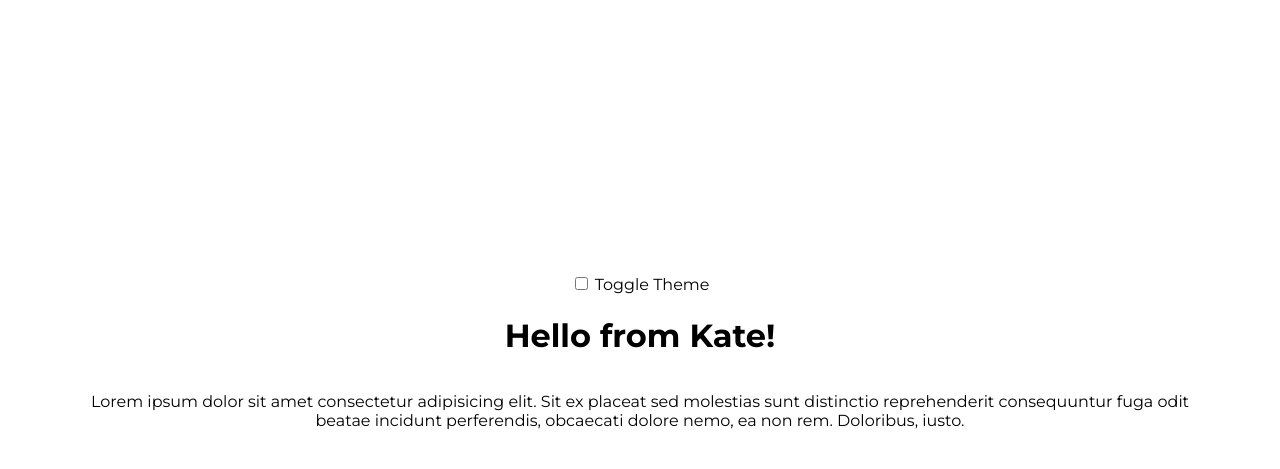
Repository: kate30980/js-practice
Page: dark-mode-toggles/index.html
The author's editor kept a copy of each file at every save. The page is drawn from the files as they stood at one save, then again after the next save.
The browser window is 1280 px wide. The pictures show the whole page.

Above is the page before, as saved 2021-08-29 00:16:46.

### dark-mode-toggles/index.html
<!DOCTYPE html>
<html lang="en">

<head>
    <meta charset="UTF-8">
    <meta http-equiv="X-UA-Compatible" content="IE=edge">
    <meta name="viewport" content="width=device-width, initial-scale=1.0">
    <title>Dark Mode Toggle</title>
    <link rel="stylesheet" href="style.css">
    <script src="script.js" defer></script>
</head>

<body>
    <div class="toggle-container">
        <input type="checkbox" name="toggle" id="toggle">
        <label for="toggle">Toggle Theme</label>
    </div>
    <h1>Hello from Kate!</h1>
    <p>Lorem ipsum dolor sit amet consectetur adipisicing elit. Sit ex placeat sed molestias sunt distinctio
        reprehenderit consequuntur fuga odit beatae incidunt perferendis, obcaecati dolore nemo, ea non rem. Doloribus,
        iusto.</p>
</body>

</html>

### dark-mode-toggles/style.css
@import url('https://fonts.googleapis.com/css2?family=Montserrat:wght@300;400;600;700&display=swap');
*{
    box-sizing: border-box;
}
body{
    display: flex;
    align-items: center;
    justify-content: center;
    font-family: 'Montserrat', sans-serif;
    flex-direction: column;
    text-align:center;
    padding: 5rem;
    margin: 0;
    min-height:100vh;
}
body.dark{
    background-color: #1f1f1f;
    color: #fff;
}
label{
    user-select: none;
}

### dark-mode-toggles/script.js
const toggle = document.getElementById("toggle");

toggle.addEventListener("change", (e) => {
  document.body.classList.toggle("dark", e.target.checked);
});

After the next save:
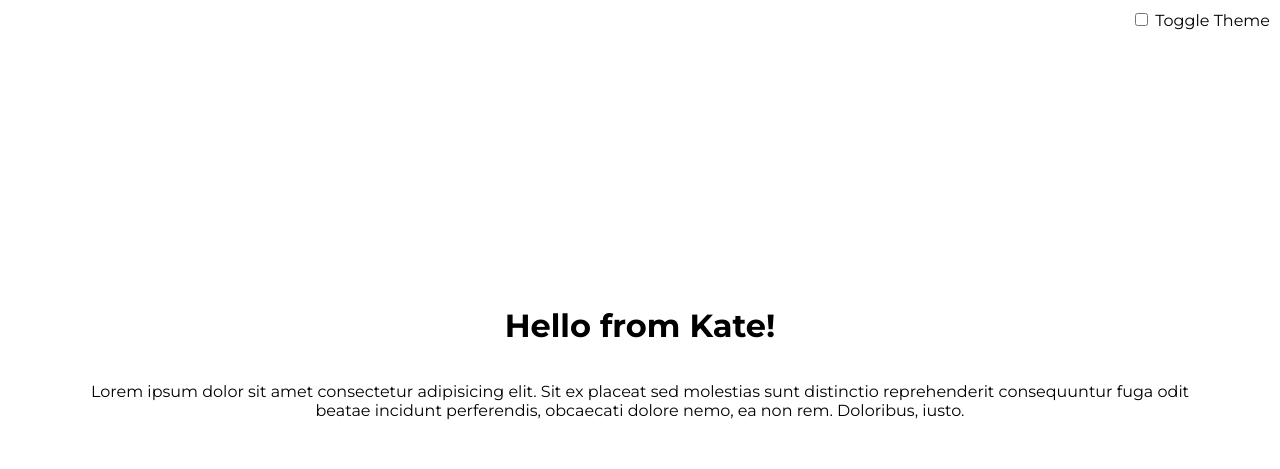
Saved 27 s later.
--- a/dark-mode-toggles/style.css
+++ b/dark-mode-toggles/style.css
@@ -17,6 +17,10 @@
     background-color: #1f1f1f;
     color: #fff;
 }
+.toggle-container{
+    position: fixed;
+    top: 10px;right: 10px;
+}
 label{
     user-select: none;
 }
